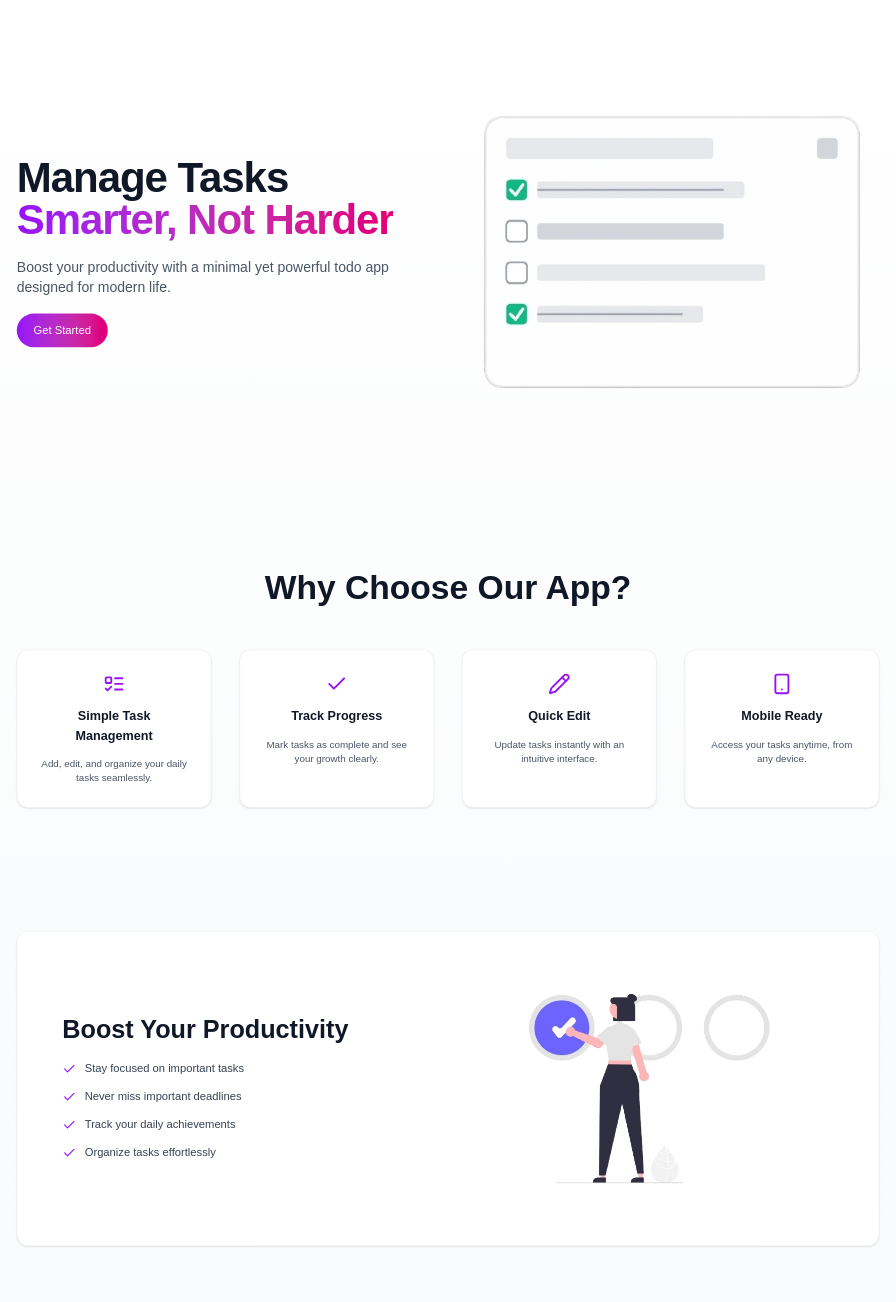
Repository: feldafauzan20/todo-app
Page: /
An editor plug-in stored every save of this project. The page is shown before and after the next save, followed by the edit.
The browser window is 1280 px wide. The pictures show the whole page, at 70% of full size.
The project was rebuilt for these pictures with package versions that can differ from the ones it lists, and the page was loaded fresh each time. The framework's server and built-in components were replaced by stand-ins that run in the browser. Also part of the build but not shown: next.config.ts.

Above is the page before, as saved 2025-09-18 11:11:46.

### src/app/layout.tsx
import type { Metadata } from "next";
import { Geist, Geist_Mono } from "next/font/google";
import "./globals.css";
import { Toaster } from "react-hot-toast";

const geistSans = Geist({
  variable: "--font-geist-sans",
  subsets: ["latin"],
});

const geistMono = Geist_Mono({
  variable: "--font-geist-mono",
  subsets: ["latin"],
});

export const metadata: Metadata = {
  title: "To Do App",
  description:
    "A modern task management app built with Next.js, TypeScript, and Tailwind CSS to help organize daily activities with a clean pastel design.",
  keywords: [
    "Next.js",
    "TypeScript",
    "Tailwind CSS",
    "To-Do App",
    "Task Manager",
    "Productivity",
  ],
  authors: [{ name: "Fauzan", url: "https://github.com/feldafauzan20" }],
  openGraph: {
    title: "To Do App",
    description: "A modern to-do list app, built with Next.js and TypeScript.",
    url: "https://your-todo-app.vercel.app", // ganti dengan link deploy kamu
    siteName: "To Do App",
    images: [
      {
        url: "https://your-todo-app.vercel.app/og-image.png", // nanti bisa bikin cover image custom
        width: 1200,
        height: 630,
        alt: "To Do App Preview",
      },
    ],
    locale: "en_US",
    type: "website",
  },
  twitter: {
    card: "summary_large_image",
    title: "To Do App",
    description:
      "A clean and playful to-do list app with Next.js, TypeScript, and Tailwind CSS.",
    images: ["https://your-todo-app.vercel.app/og-image.png"], // sama kayak OG image
    creator: "@yourtwitter", // opsional
  },
  icons: {
    icon: "/favicon.ico",
  },
};

export default function RootLayout({
  children,
}: Readonly<{
  children: React.ReactNode;
}>) {
  return (
    <html lang="en">
      <body
        className={`${geistSans.variable} ${geistMono.variable} antialiased`}
      >
        {children}
        <Toaster position="top-right" />
      </body>
    </html>
  );
}

### src/app/page.tsx
"use client";

import { useRouter } from "next/navigation";
import Image from "next/image";
import { LuCheck, LuPencil, LuListTodo, LuSmartphone } from "react-icons/lu";
import { motion, Variants } from "framer-motion";

// Scroll animation
const scrollVariants: Variants = {
  hidden: { opacity: 0, y: 30 },
  visible: (i: number = 0) => ({
    opacity: 1,
    y: 0,
    transition: { duration: 0.6, delay: i * 0.15, ease: "easeOut" },
  }),
};

export default function LandingPage() {
  const router = useRouter();

  const features = [
    {
      icon: <LuListTodo className="w-8 h-8" />,
      title: "Simple Task Management",
      description: "Add, edit, and organize your daily tasks seamlessly.",
    },
    {
      icon: <LuCheck className="w-8 h-8" />,
      title: "Track Progress",
      description: "Mark tasks as complete and see your growth clearly.",
    },
    {
      icon: <LuPencil className="w-8 h-8" />,
      title: "Quick Edit",
      description: "Update tasks instantly with an intuitive interface.",
    },
    {
      icon: <LuSmartphone className="w-8 h-8" />,
      title: "Mobile Ready",
      description: "Access your tasks anytime, from any device.",
    },
  ];

  return (
    <div className="min-h-screen bg-gradient-to-b from-white to-gray-50 text-gray-900">
      {/* Hero Section */}
      <section className="relative min-h-screen flex items-center px-6">
        {/* Soft background accent */}
        <div className="absolute inset-0 -z-10 overflow-hidden">
          <motion.div
            initial={{ opacity: 0, scale: 0.9 }}
            animate={{ opacity: 0.3, scale: 1 }}
            transition={{ duration: 2 }}
            className="absolute top-[-10%] left-[-10%] w-[500px] h-[500px] rounded-full bg-purple-300 blur-3xl"
          />
          <motion.div
            initial={{ opacity: 0, scale: 0.9 }}
            animate={{ opacity: 0.3, scale: 1 }}
            transition={{ duration: 2, delay: 0.3 }}
            className="absolute bottom-[-10%] right-[-10%] w-[500px] h-[500px] rounded-full bg-pink-300 blur-3xl"
          />
        </div>

        <div className="container mx-auto grid md:grid-cols-2 gap-12 items-center">
          {/* Hero Content */}
          <div className="text-center md:text-left space-y-6">
            <motion.h1
              initial="hidden"
              animate="visible"
              variants={scrollVariants}
              className="text-5xl md:text-6xl font-bold tracking-tight max-w-2xl"
            >
              Manage Tasks{" "}
              <span className="bg-gradient-to-r from-purple-600 to-pink-600 bg-clip-text text-transparent">
                Smarter, Not Harder
              </span>
            </motion.h1>

            <motion.p
              variants={scrollVariants}
              initial="hidden"
              animate="visible"
              custom={1}
              className="text-lg md:text-xl text-gray-600 max-w-xl"
            >
              Boost your productivity with a minimal yet powerful todo app
              designed for modern life.
            </motion.p>

            <motion.div
              variants={scrollVariants}
              initial="hidden"
              animate="visible"
              custom={2}
              className="flex gap-4 justify-center md:justify-start"
            >
              <button
                onClick={() => router.push("/login")}
                className="px-6 py-3 rounded-full bg-gradient-to-r from-purple-600 to-pink-600 text-white font-medium hover:opacity-90 transition"
              >
                Get Started
              </button>
            </motion.div>
          </div>

          {/* Hero Mockup */}
          <motion.div
            variants={scrollVariants}
            initial="hidden"
            animate="visible"
            custom={3}
            className="relative h-[400px] md:h-[500px] flex justify-center"
          >
            <Image
              src="/assets/illustrations/mockup-hero.webp" // ganti dengan asset mockup kamu
              alt="App Mockup"
              fill
              className="object-contain"
            />
          </motion.div>
        </div>
      </section>

      {/* Features Section */}
      <section
        id="features"
        className="container mx-auto px-6 py-24 text-center"
      >
        <h2 className="text-4xl md:text-5xl font-bold mb-16">
          Why Choose Our App?
        </h2>
        <div className="grid grid-cols-1 md:grid-cols-2 lg:grid-cols-4 gap-10">
          {features.map((feature, index) => (
            <motion.div
              key={index}
              variants={scrollVariants}
              initial="hidden"
              whileInView="visible"
              viewport={{ once: true }}
              custom={index}
              className="p-8 rounded-2xl bg-white shadow-sm border border-gray-100 hover:shadow-md transition"
            >
              <div className="flex flex-col items-center space-y-4">
                <div className="text-purple-600">{feature.icon}</div>
                <h3 className="text-lg font-semibold">{feature.title}</h3>
                <p className="text-gray-600 text-sm">{feature.description}</p>
              </div>
            </motion.div>
          ))}
        </div>
      </section>

      {/* Benefits Section */}
      <section className="container mx-auto px-6 py-20">
        <motion.div
          variants={scrollVariants}
          initial="hidden"
          whileInView="visible"
          viewport={{ once: true }}
          className="rounded-2xl bg-white shadow-sm border border-gray-100 p-10 md:p-16"
        >
          <div className="grid md:grid-cols-2 gap-12 items-center">
            <div className="space-y-6">
              <h2 className="text-3xl md:text-4xl font-bold">
                Boost Your Productivity
              </h2>
              <ul className="space-y-4 text-left">
                {[
                  "Stay focused on important tasks",
                  "Never miss important deadlines",
                  "Track your daily achievements",
                  "Organize tasks effortlessly",
                ].map((text, i) => (
                  <li key={i} className="flex items-center space-x-3">
                    <LuCheck className="w-5 h-5 text-purple-600" />
                    <span className="text-gray-700">{text}</span>
                  </li>
                ))}
              </ul>
            </div>
            <div className="relative h-64 md:h-80">
              <Image
                src="/assets/illustrations/check-image-landing.webp"
                alt="Productivity Illustration"
                fill
                className="object-contain"
              />
            </div>
          </div>
        </motion.div>
      </section>
    </div>
  );
}

Loaded but not shown: src/app/globals.css (common file)

After the next save:
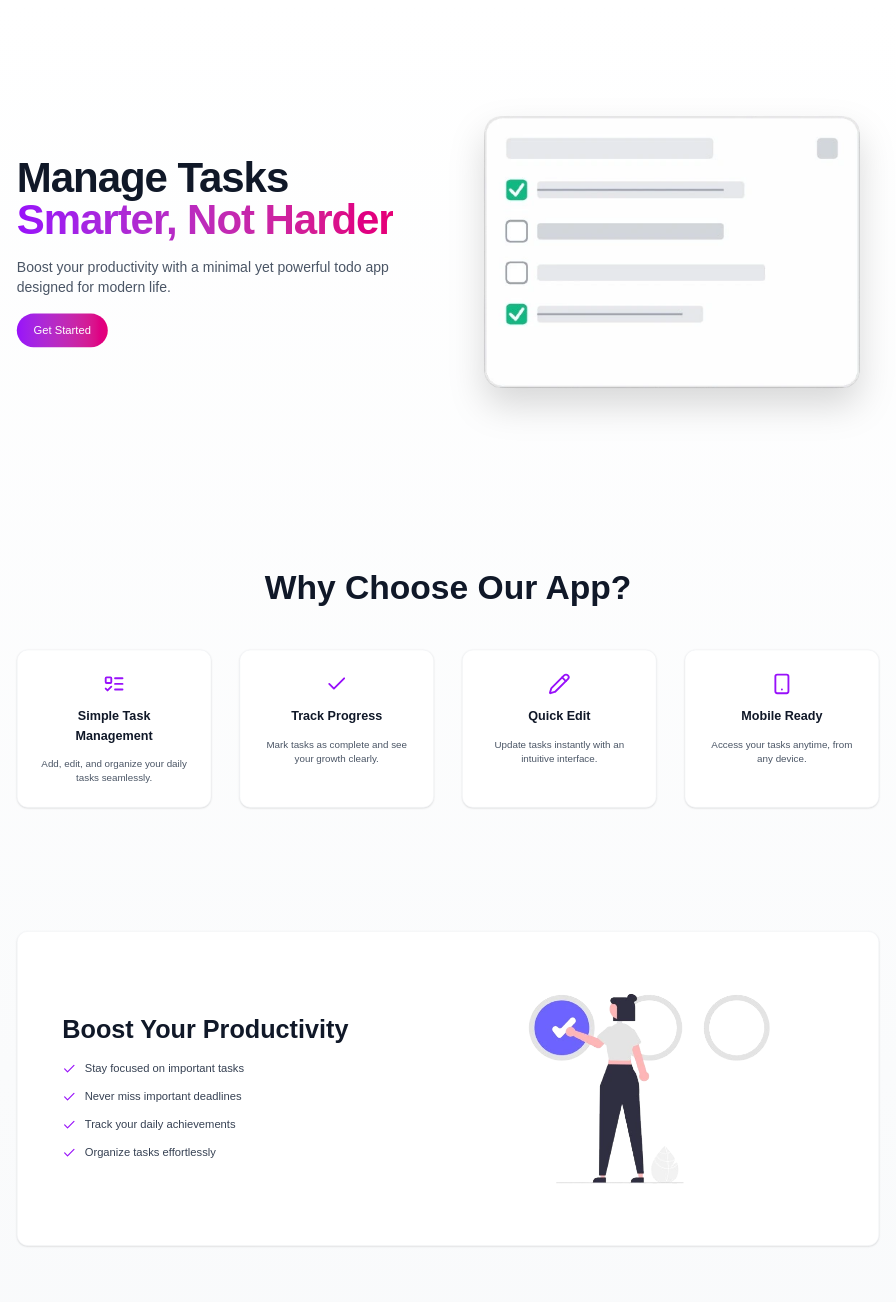
Saved 6 s later.
--- a/src/app/page.tsx
+++ b/src/app/page.tsx
@@ -115,7 +115,7 @@ export default function LandingPage() {
               src="/assets/illustrations/mockup-hero.webp" // ganti dengan asset mockup kamu
               alt="App Mockup"
               fill
-              className="object-contain"
+              className="object-contain drop-shadow-2xl"
             />
           </motion.div>
         </div>
